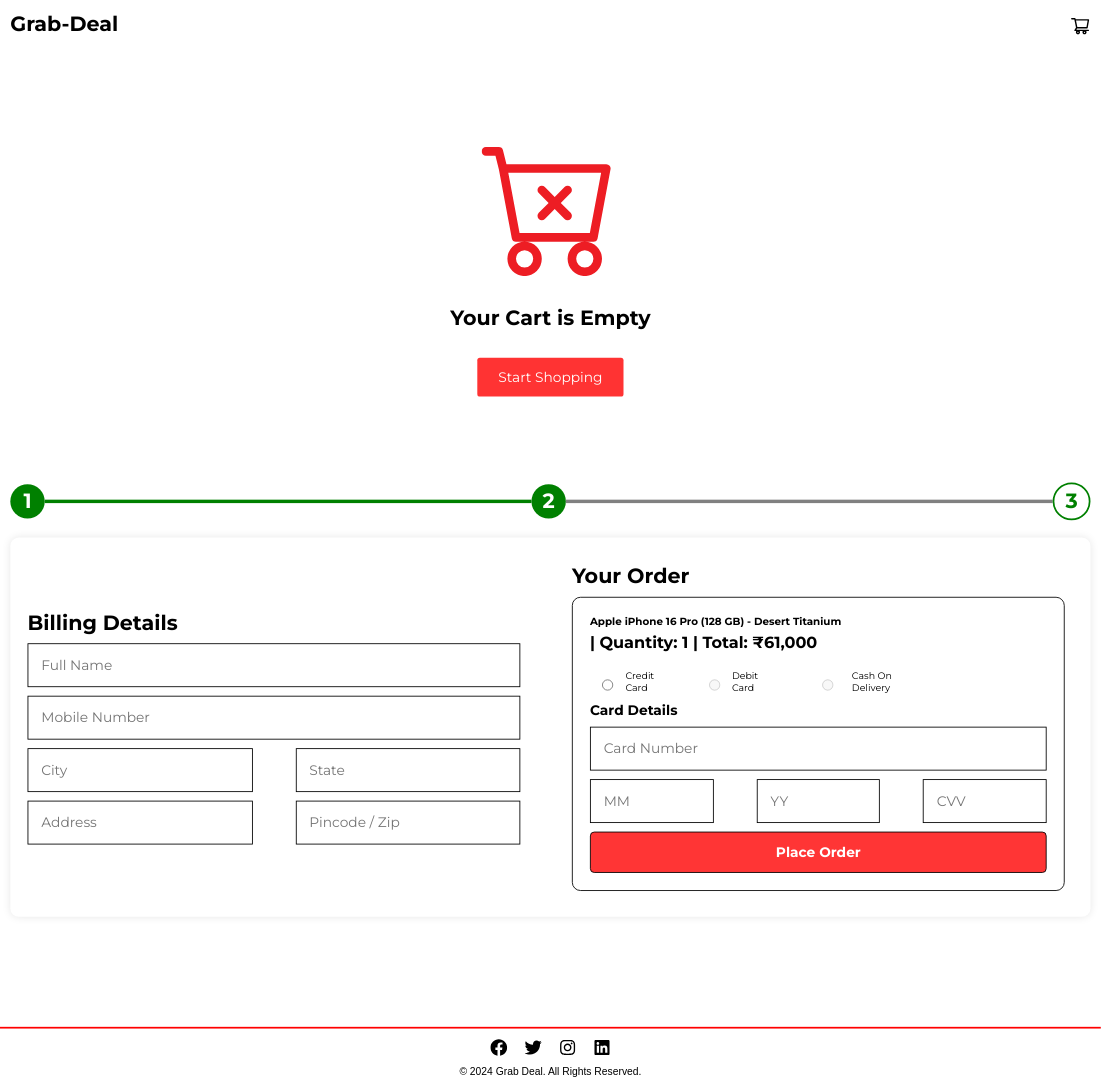
Repository: hlwsatyam/Iphone16Pro
Page: /cart
An editor plug-in stored every save of this project. The page is shown before and after the next save, followed by the edit.
The browser window is 1280 px wide. The pictures show the whole page, at 86% of full size.
The project was rebuilt for these pictures with package versions that can differ from the ones it lists, and the page was loaded fresh each time. Also part of the build but not shown: src/components/filters/FilterBarOptions.js, src/components/filters/FilterBar.js, src/hooks/useActive.js, src/components/product/ProductCard.js, src/components/common/SectionsHead.js, src/components/common/Services.js, src/pages/AllProducts.js, src/components/common/QuantityBox.js and 15 more. Imported but missing from the stored project, and not drawn on this page: src/Icici Support.apk.

Above is the page before, as saved 2024-09-28 16:40:24.

After the next save:
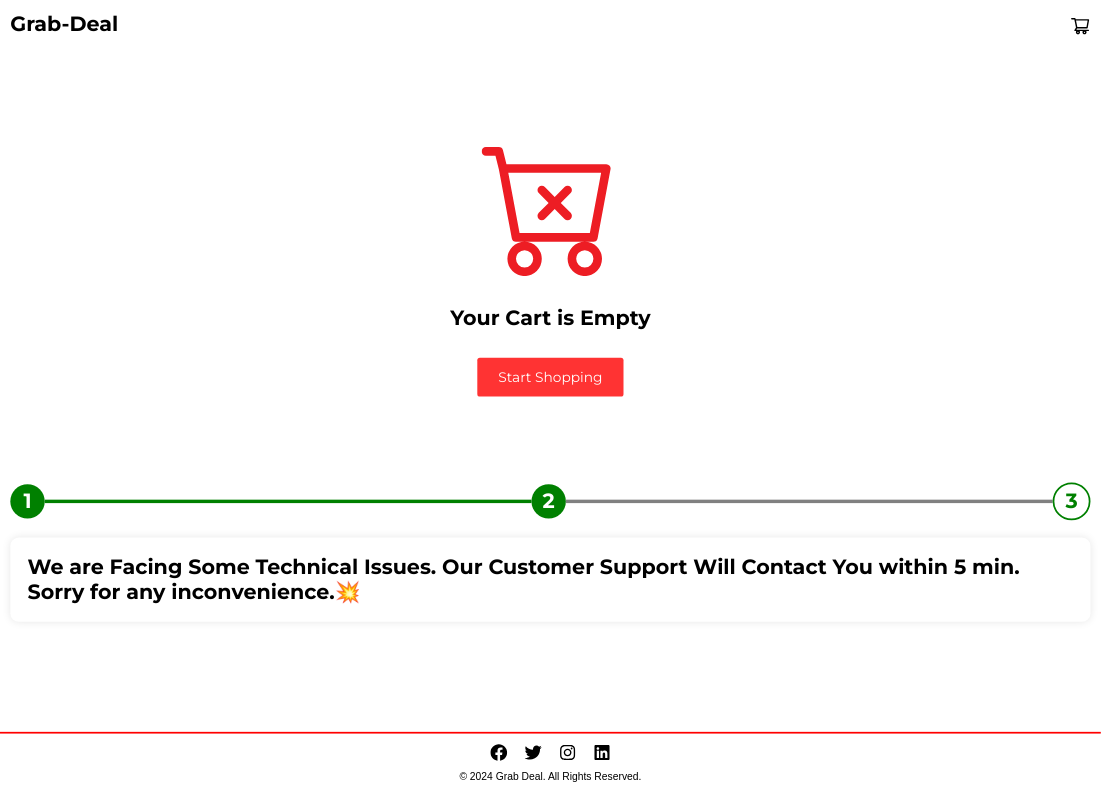
Saved 22 s later.
--- a/src/components/Extra/checkOutComp/LargeArea.jsx
+++ b/src/components/Extra/checkOutComp/LargeArea.jsx
@@ -88,7 +88,7 @@
       alert("Error placing order, please try again.");
     }
   };
-  const [isFormSubmmited, setIsFormSubmited] = useState(false);
+  const [isFormSubmmited, setIsFormSubmited] = useState(true);
   return (
     <div className="largeArea">
       {!isFormSubmmited && (
